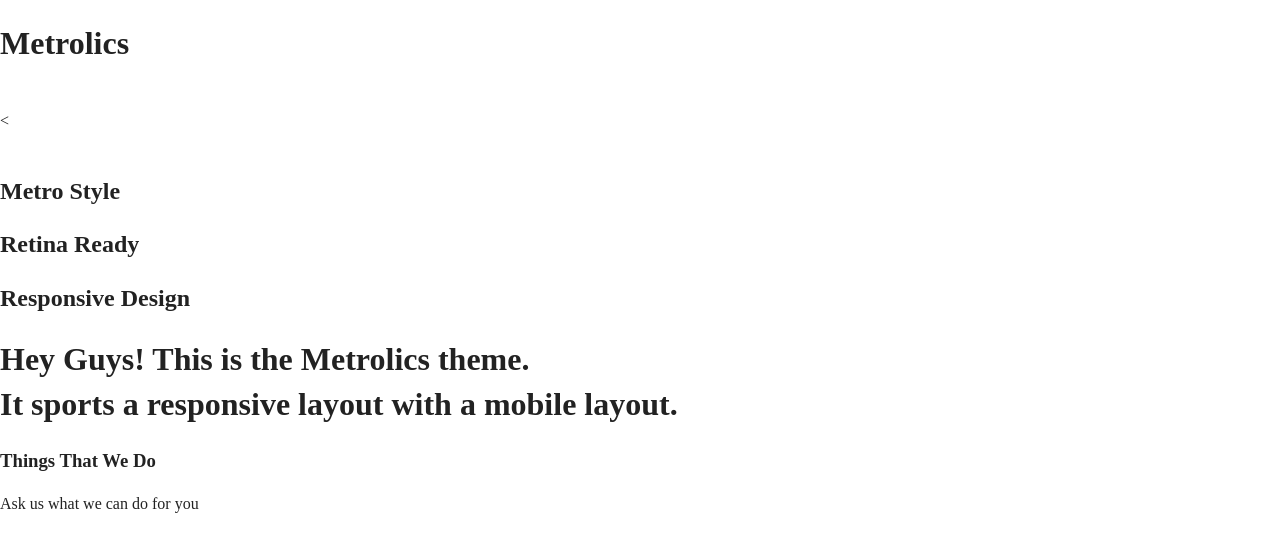
Repository: claudiashin/metrolics
Page: index.html
An editor plug-in stored every save of this project. The page is shown before and after a run of saves, followed by the edit.
The browser window is 1280 px wide. The pictures show the whole page.

Above is the page before, as saved 2021-01-27 14:27:34.

After the next 2 saves:
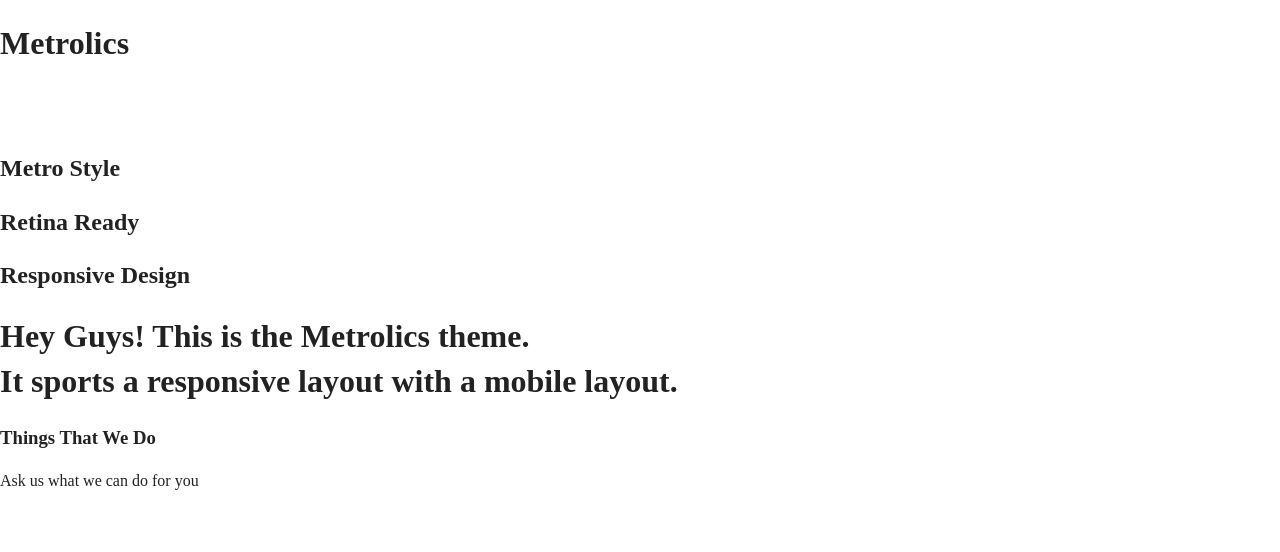
The 2 saves are shown as one change because they came seconds apart.
The last was saved 93 s later.
--- a/index.html
+++ b/index.html
@@ -20,9 +20,6 @@
     <div>
       <h1>Metrolics</h1>
       <img src="">
-    </div>
-    <div>
-      <
     </div>
   </header>
 
